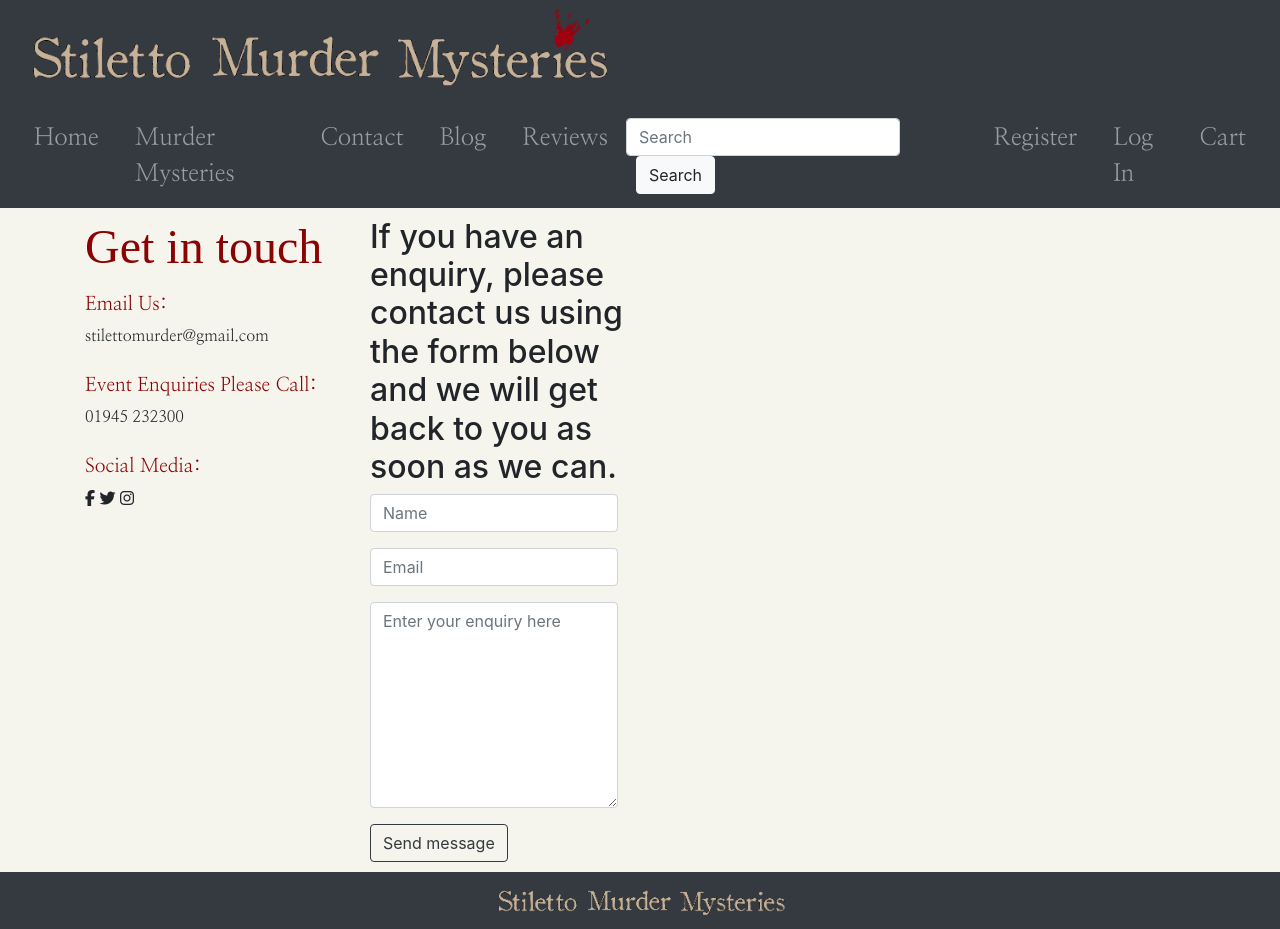
Repository: TaylorD1982/murder-milestone
Page: home/templates/contact.html
The author's editor kept a record of every edit. The page is drawn from the files as they stood at one moment, then again after the next edit.
The browser window is 1280 px wide. The pictures show the whole page.
Some icons come from a web library that is not loaded, so they are not drawn. Some web fonts or font styles are not loaded; a fallback is used. Some web libraries are served in a nearby version. The template is drawn by Django 2.2. The application's start-up code is not run. The template is opened directly, without the code that normally fills it, so the values that code supplies are empty.

Above is the page before.
Console error (its wording comes from the project's code and is left out).

After the next edit:
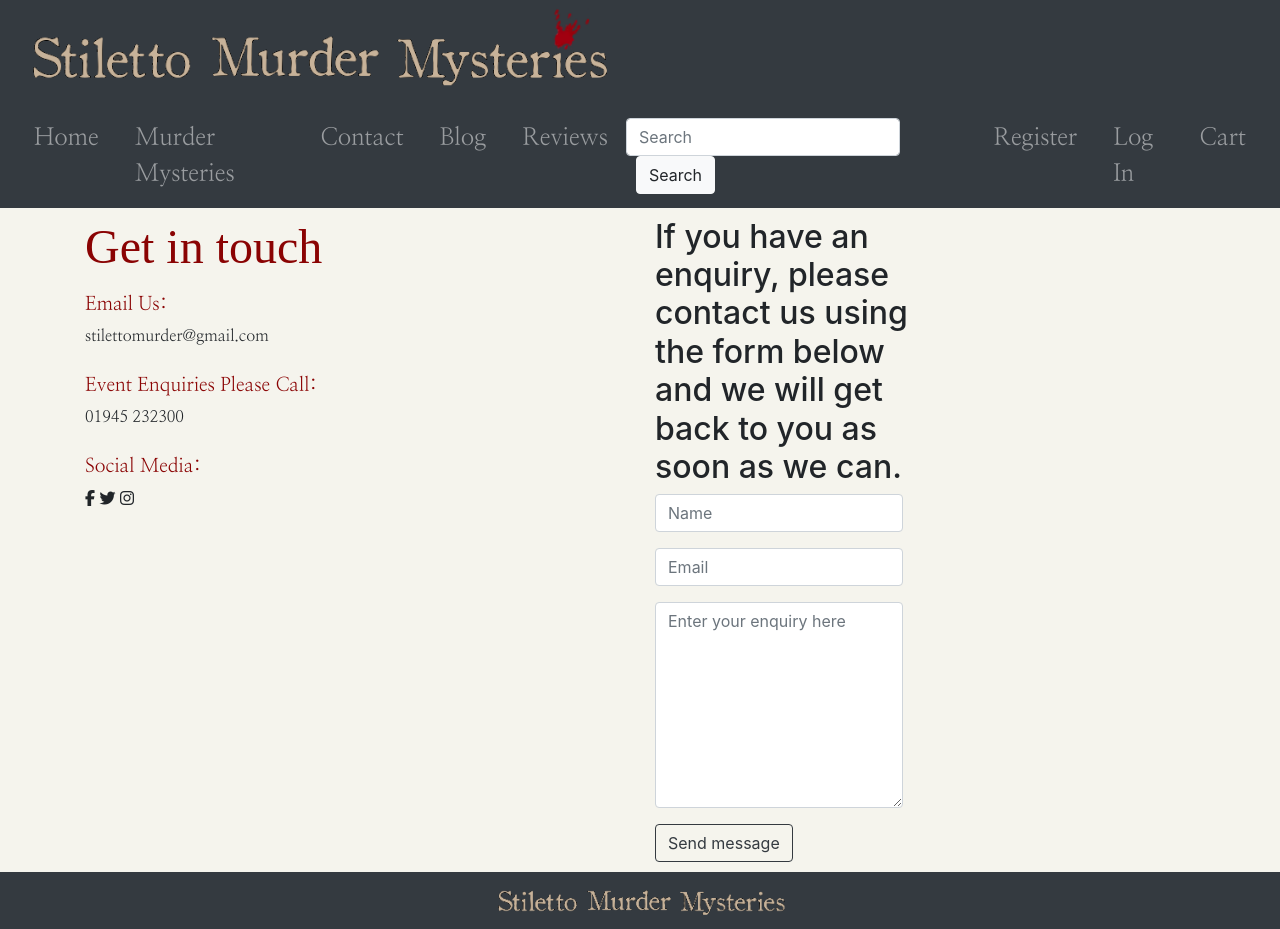
The edit:
--- a/home/templates/contact.html
+++ b/home/templates/contact.html
@@ -2,7 +2,7 @@
 
 <div class="container">
   <div class="row contact">
-    <div class="col-sm-12 col-md-5 col-lg-4 col-xl-3">
+    <div class="col-sm-12 col-md-12 col-lg-6 col-xl-6">
 
       <!-- Right hand column of bootsttap grid, showing contact details and social media -->
 
